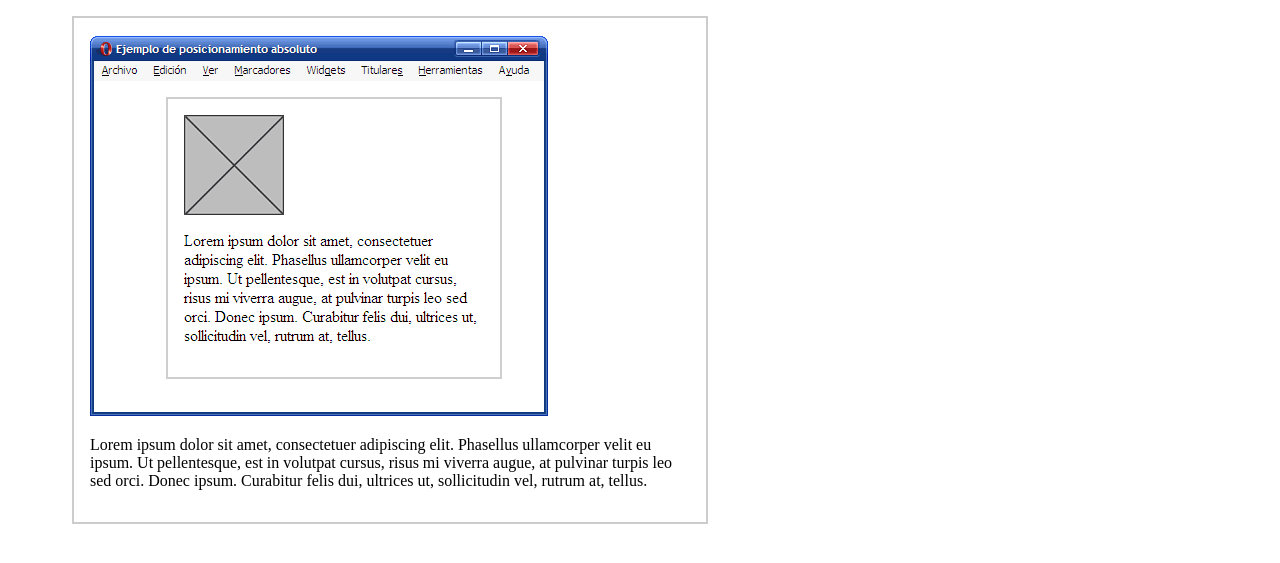
Repository: antonio63j/misNotas
Page: software/CSS/Demos/aptana_proyect/src/absoluto2.html
The author's editor kept a copy of each file at every save. The page is drawn from the files as they stood at one save, then again after the next save.
The browser window is 1280 px wide. The pictures show the whole page.

Above is the page before, as saved 2017-04-23 18:08:16.

### software/CSS/Demos/aptana_proyect/src/absoluto2.html
<!DOCTYPE html>
<html>
<head>
	    <meta http-equiv="Content-Type" content="text/html;charset=utf-8" />
<style>


div {
  border: 2px solid #CCC;
  padding: 1em;
  margin: 1em 0 1em 4em;
  width: 600px;
}


</style>
</head>



<body>

<div>
  <img src="img/imagen-absoluto1.gif" alt="Imagen genérica" />
  <p>Lorem ipsum dolor sit amet, consectetuer adipiscing elit. Phasellus
ullamcorper velit eu ipsum. Ut pellentesque, est in volutpat cursus, risus
mi viverra augue, at pulvinar turpis leo sed orci. Donec ipsum. Curabitur
felis dui, ultrices ut, sollicitudin vel, rutrum at, tellus. </p>
</div>



</body>

</html>

After the next save:
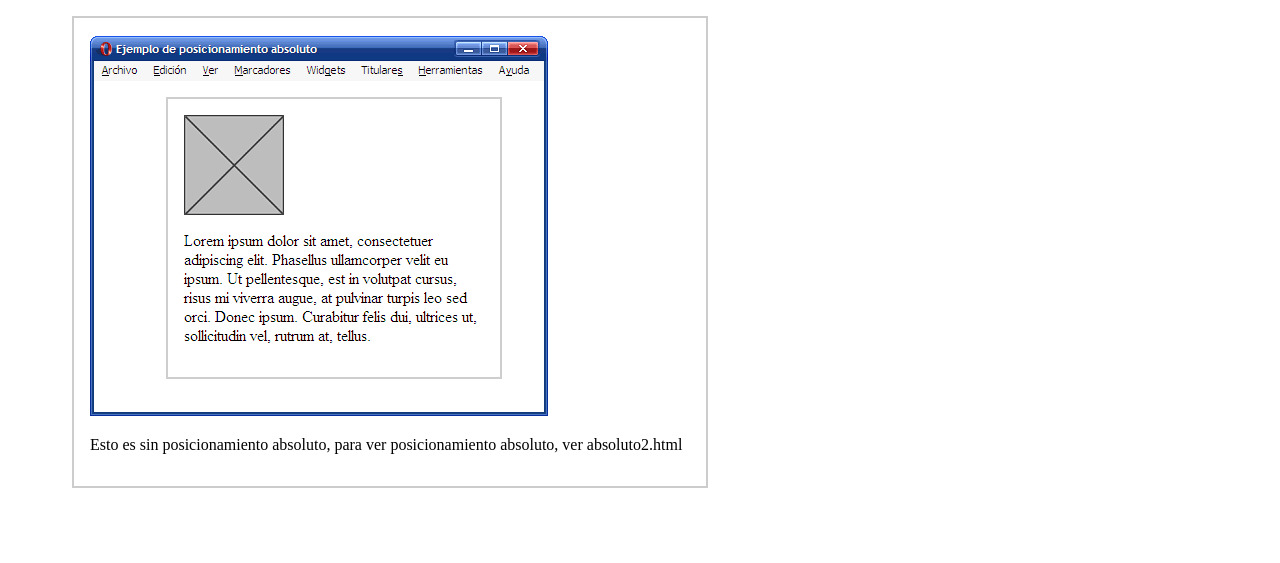
Saved 4 min 39 s later.
--- a/software/CSS/Demos/aptana_proyect/src/absoluto2.html
+++ b/software/CSS/Demos/aptana_proyect/src/absoluto2.html
@@ -22,10 +22,7 @@ div {
 
 <div>
   <img src="img/imagen-absoluto1.gif" alt="Imagen genérica" />
-  <p>Lorem ipsum dolor sit amet, consectetuer adipiscing elit. Phasellus
-ullamcorper velit eu ipsum. Ut pellentesque, est in volutpat cursus, risus
-mi viverra augue, at pulvinar turpis leo sed orci. Donec ipsum. Curabitur
-felis dui, ultrices ut, sollicitudin vel, rutrum at, tellus. </p>
+  <p>Esto es sin posicionamiento absoluto, para ver posicionamiento absoluto, ver absoluto2.html </p>
 </div>
 
 
